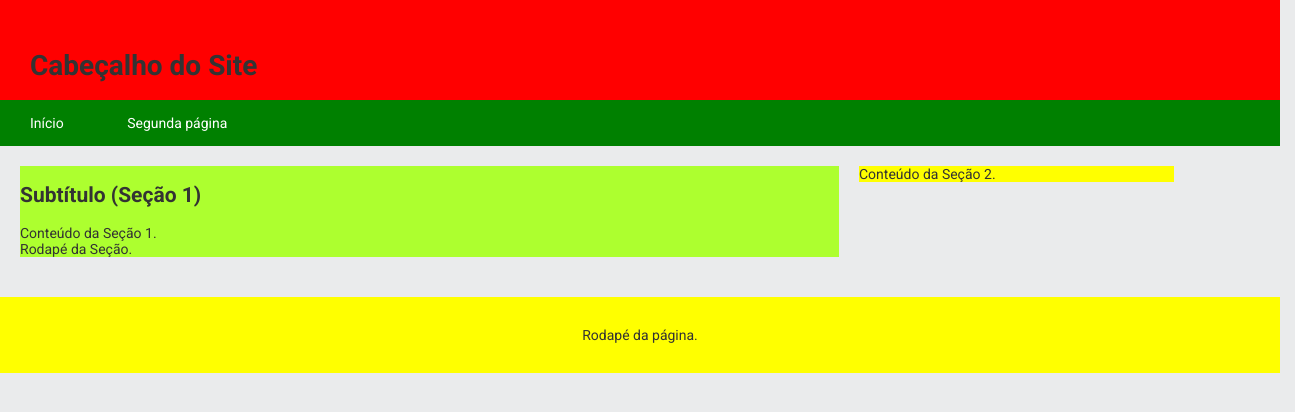
Repository: rrresck/pos_graduacao
Page: index.html
These files come from the project's save history. The page is drawn as it stood at one moment and after the next save; the edit follows.
The browser window is 1280 px wide. The page is 1280 px wide, then 1295 px, then 1280 px, so the pictures cover 1295 px, including what lies to the right of the window. The pictures show the whole page.

Above is the page before, as saved 2023-05-04 12:08:22.

After the next save:
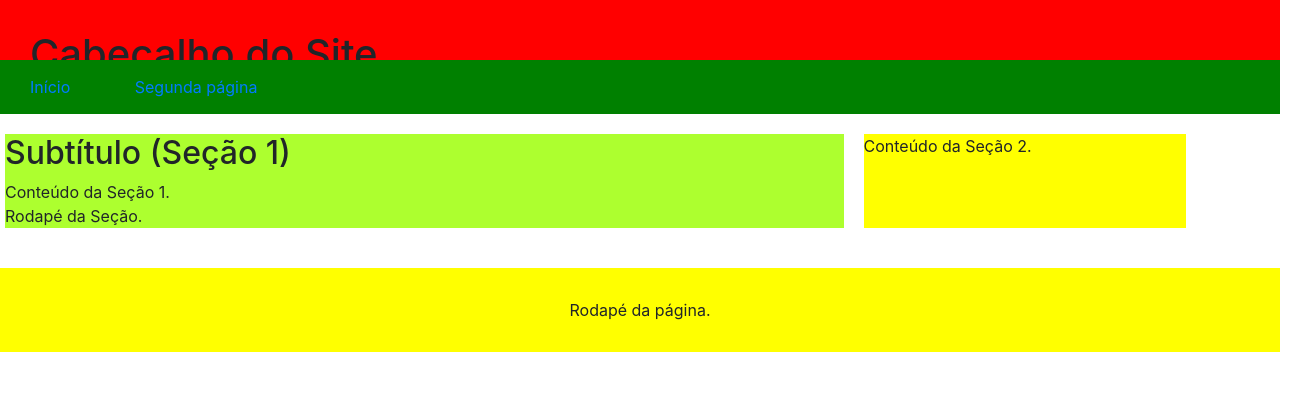
Saved 38 min 10 s later.
--- a/index.html
+++ b/index.html
@@ -7,6 +7,7 @@
     <meta name="author" content="Rafael Rodrigues Resck">
     <meta name="description" content="Template inicial do HTML.">
     <link rel="stylesheet" href="css/styles.css">
+    <link rel="stylesheet" href="https://cdn.jsdelivr.net/npm/bootstrap@4.6.2/dist/css/bootstrap.min.css" integrity="sha384-xOolHFLEh07PJGoPkLv1IbcEPTNtaed2xpHsD9ESMhqIYd0nLMwNLD69Npy4HI+N" crossorigin="anonymous">
     <title>Tema 5 - Bloco 1</title>
 </head>
 <body>

After the save that followed:
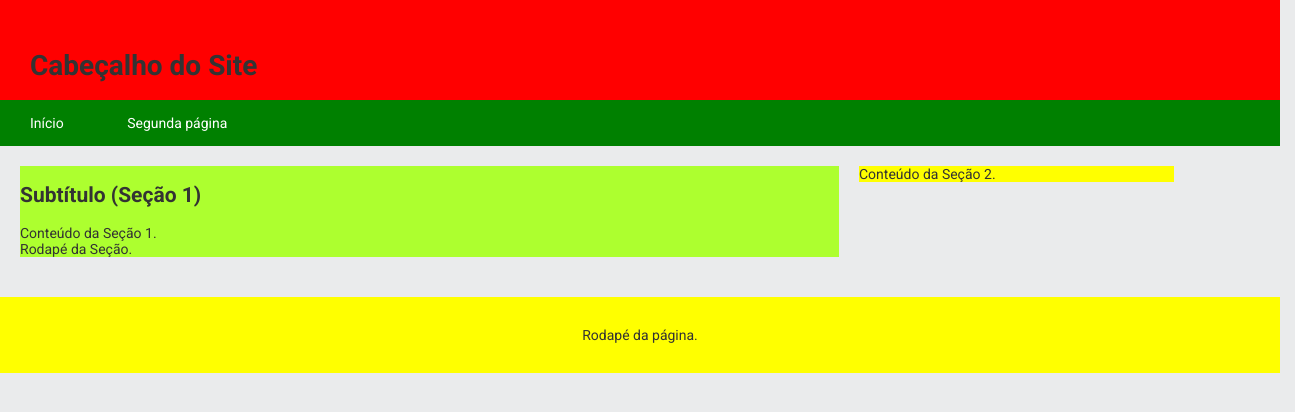
Saved 73 s later.
--- a/index.html
+++ b/index.html
@@ -7,7 +7,6 @@
     <meta name="author" content="Rafael Rodrigues Resck">
     <meta name="description" content="Template inicial do HTML.">
     <link rel="stylesheet" href="css/styles.css">
-    <link rel="stylesheet" href="https://cdn.jsdelivr.net/npm/bootstrap@4.6.2/dist/css/bootstrap.min.css" integrity="sha384-xOolHFLEh07PJGoPkLv1IbcEPTNtaed2xpHsD9ESMhqIYd0nLMwNLD69Npy4HI+N" crossorigin="anonymous">
     <title>Tema 5 - Bloco 1</title>
 </head>
 <body>
